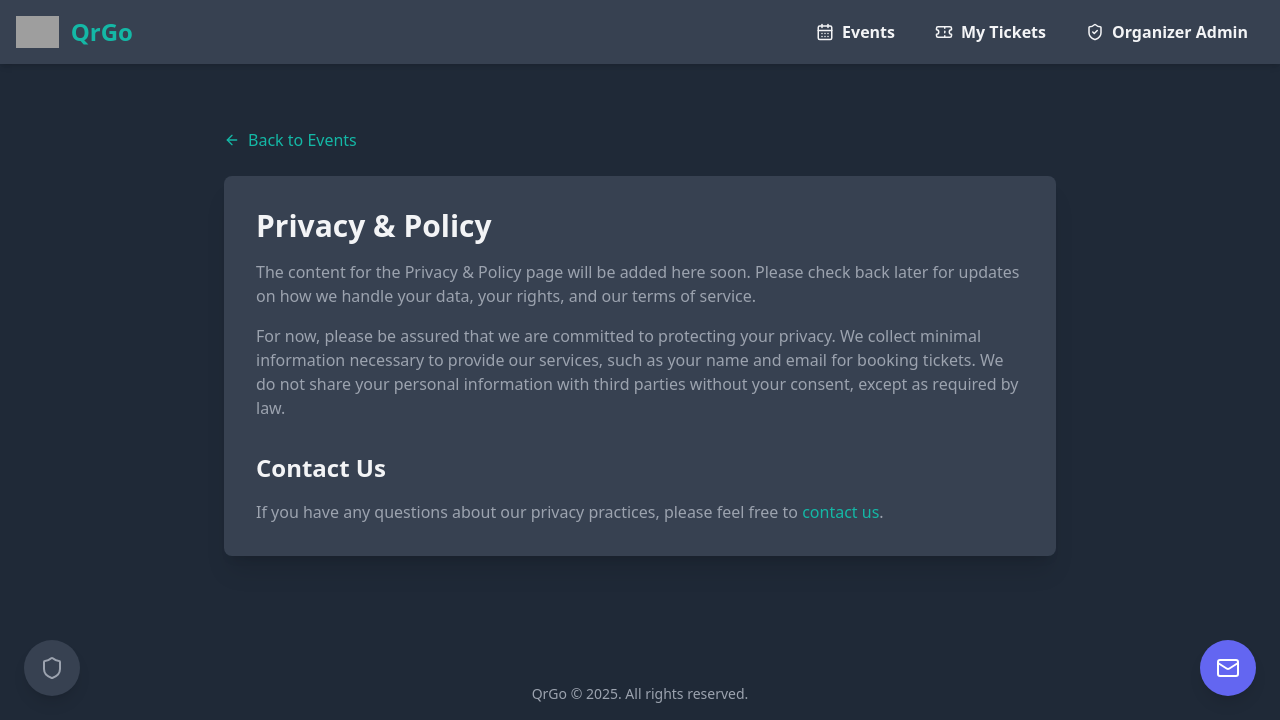
Repository: Dhakshin2007/QrGo
Page: /#/privacy-policy
The author's editor kept a copy of each file at every save. The page is drawn from the files as they stood at one save, then again after a run of saves.
The browser window is 1280 px wide. The pictures show the whole page.
Pictures or frames that could not be fetched are drawn as grey boxes. Some web libraries are served in a nearby version. The project was rebuilt for these pictures with package versions that can differ from the ones it lists, and the page was loaded fresh each time. Also part of the build but not shown: vite.config.ts, components/EventCard.tsx, pages/HomePage.tsx, pages/BookingPage.tsx, components/TicketCard.tsx, pages/MyTicketsPage.tsx, services/aiService.ts, pages/AdminPage.tsx.

Above is the page before, as saved 2025-08-10 12:41:56.

After the next 3 saves:
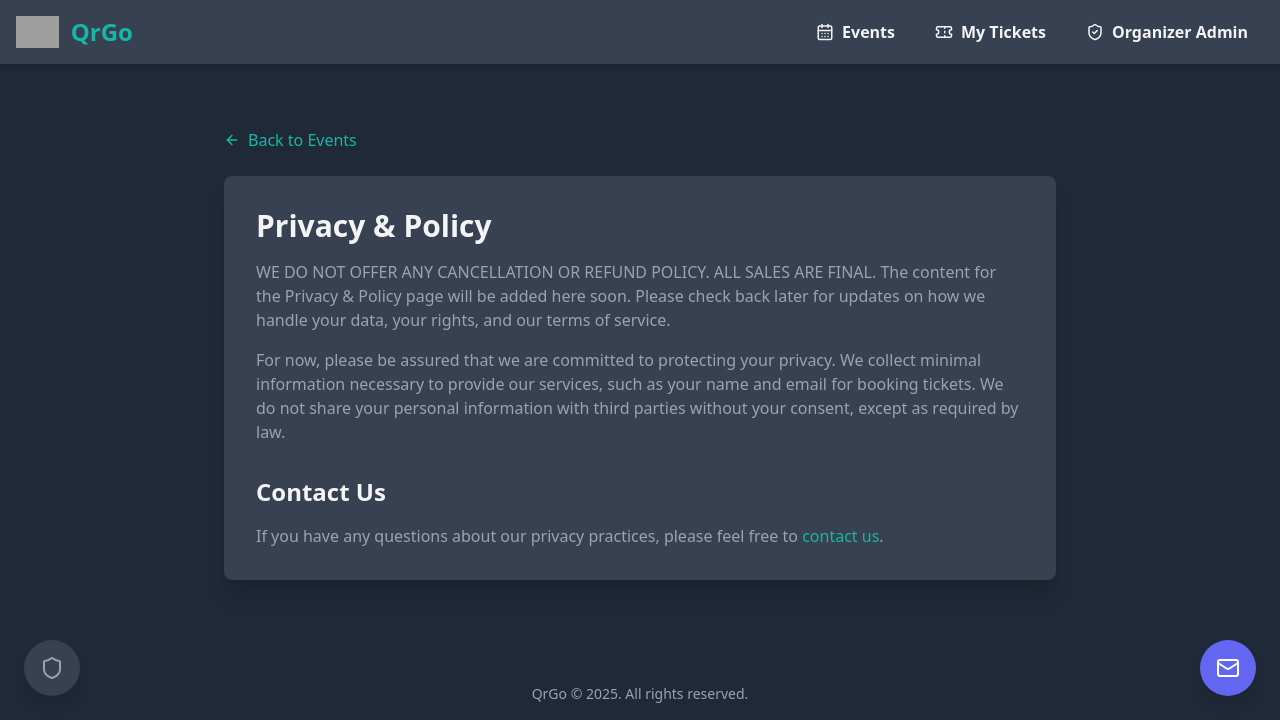
The 3 saves are shown as one change because they came seconds apart.
The last was saved 28 s later.
--- a/pages/PrivacyPolicyPage.tsx
+++ b/pages/PrivacyPolicyPage.tsx
@@ -13,6 +13,8 @@ const PrivacyPolicyPage: React.FC = () => {
         <h1 className="text-3xl font-bold mb-4 text-on-surface">Privacy & Policy</h1>
         <div className="space-y-4 text-on-surface-secondary">
           <p>
+            WE DO NOT OFFER ANY CANCELLATION OR REFUND POLICY. ALL SALES ARE FINAL.
+
             The content for the Privacy & Policy page will be added here soon.
             Please check back later for updates on how we handle your data, your rights, and our terms of service.
           </p>
